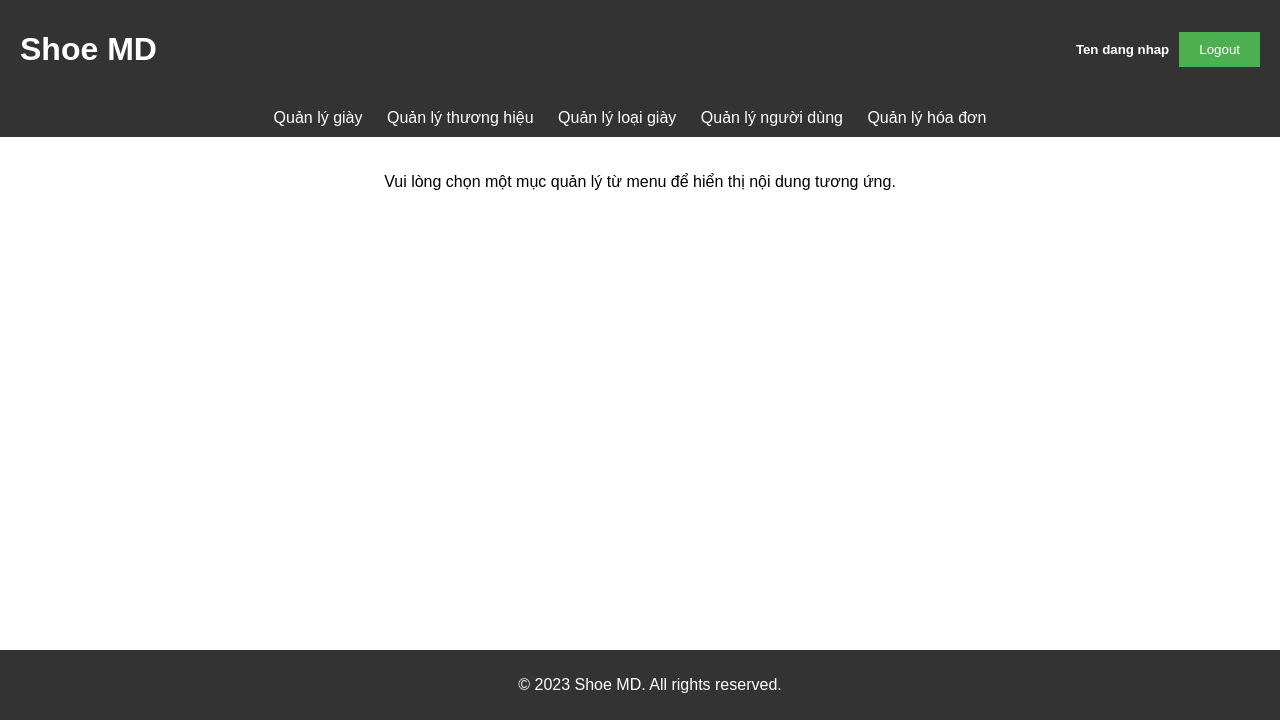
Repository: longsoisuaxe1a/shoe-md
Page: http://localhost/Project_Shoe/WEB-INF/view/admin-home-manager.jsp
The author's editor kept a copy of each file at every save. The page is drawn from the files as they stood at one save, then again after the next save.
The browser window is 1280 px wide. The pictures show the whole page.
The page is served by Tomcat 9. Nobody is signed in. The template is opened directly, without the code that normally fills it, so the values that code supplies are empty.

Above is the page before, as saved 2023-12-20 14:41:07.

After the next save:
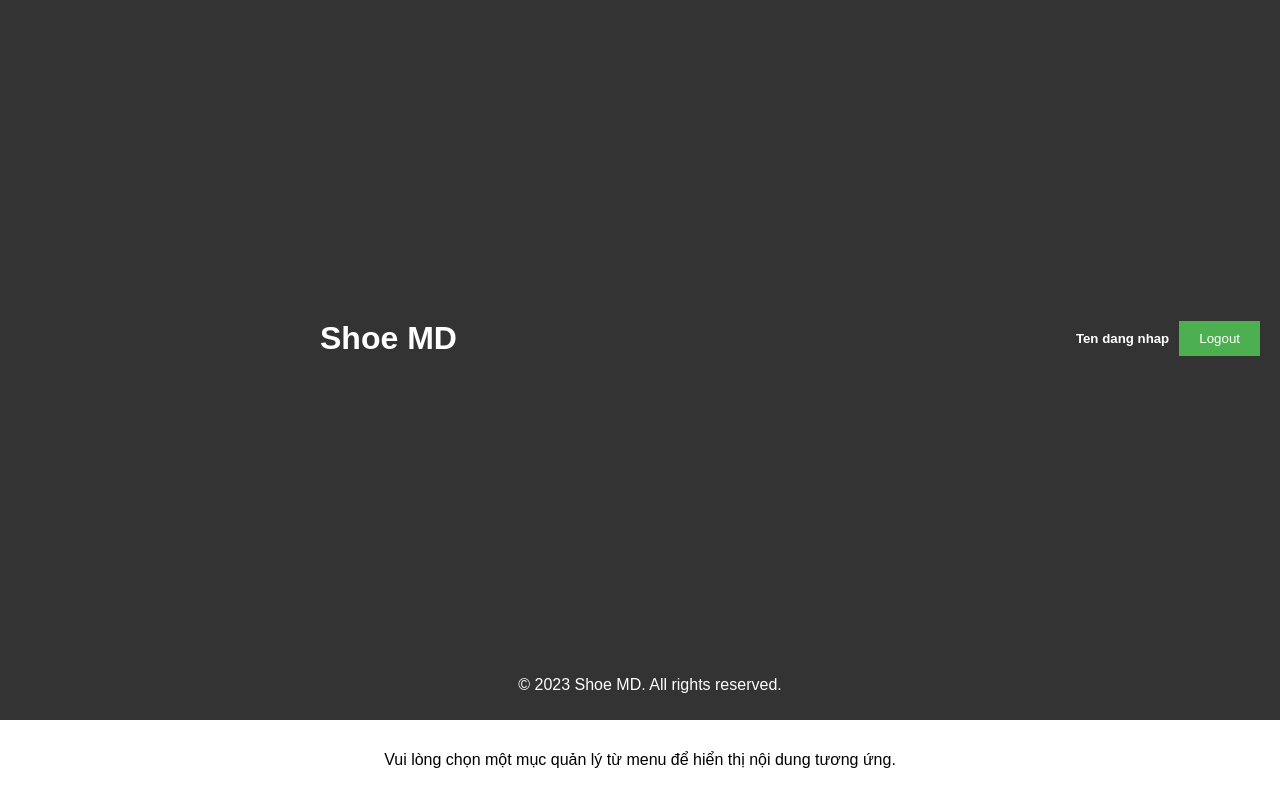
Saved 17 s later.
--- a/Project_Shoe/src/main/webapp/WEB-INF/view/admin-home-manager.jsp
+++ b/Project_Shoe/src/main/webapp/WEB-INF/view/admin-home-manager.jsp
@@ -72,7 +72,7 @@
 }
 
 .tenShop {
-    margin: 0;
+    margin: 300px;
     text-align: center; /* Center the text within the element */
 }
 

After the save that followed:
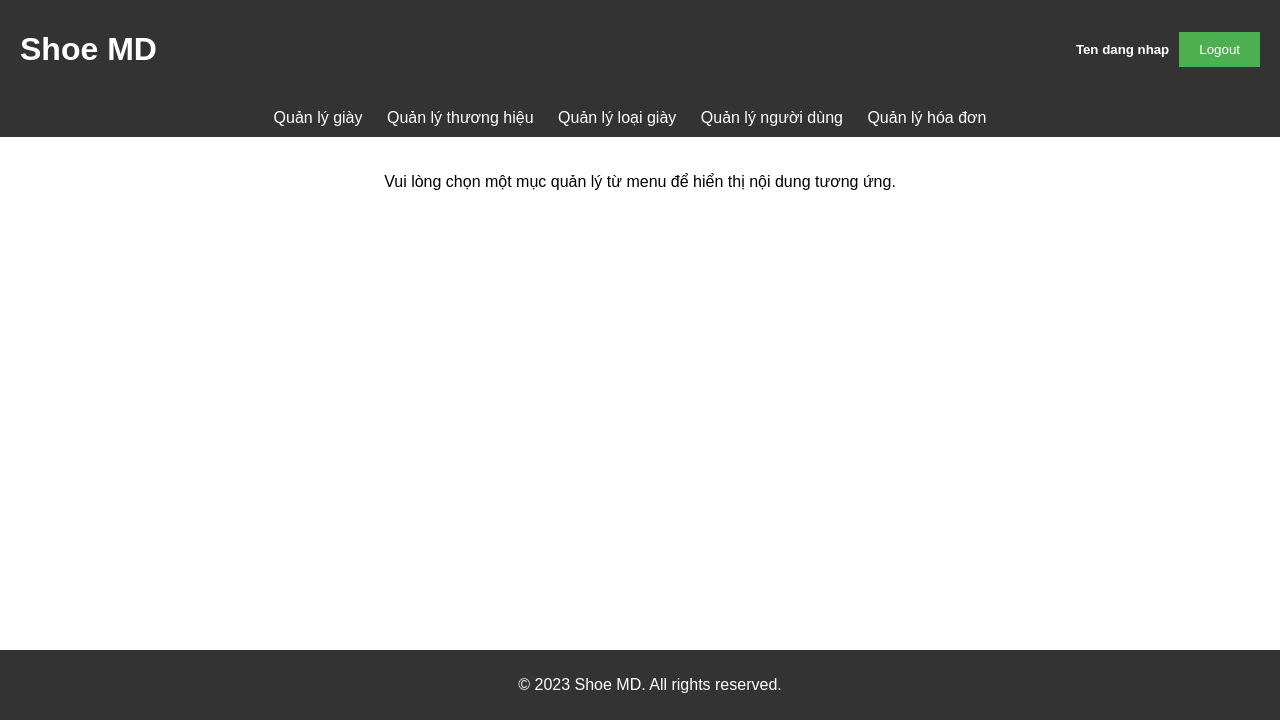
Saved 9 s later.
--- a/Project_Shoe/src/main/webapp/WEB-INF/view/admin-home-manager.jsp
+++ b/Project_Shoe/src/main/webapp/WEB-INF/view/admin-home-manager.jsp
@@ -72,7 +72,7 @@
 }
 
 .tenShop {
-    margin: 300px;
+    margin: 0;
     text-align: center; /* Center the text within the element */
 }
 
